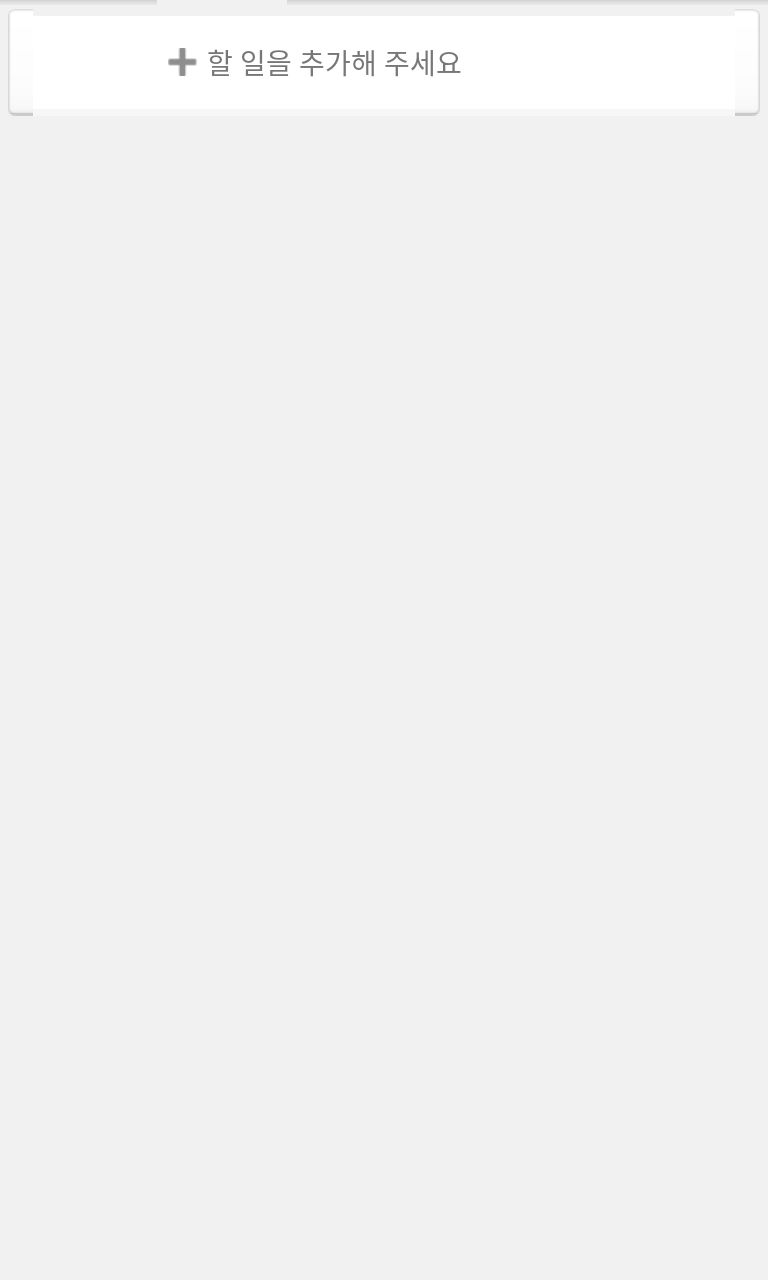
Repository: belhyun/witherest-android
Layout: Witherest/res/layout/fragment_mycheck.xml
These files come from the project's save history. The layout is drawn as it stood at one moment and after the next save; the edit follows.
It is drawn on a 768 x 1280 px phone screen (xhdpi) without system bars, with theme android:Theme.Holo; the app's code is not run. Lists and similar views that code fills are empty.

Above is the layout before, as saved 2013-07-06 10:52:54.

### Witherest/res/layout/fragment_mycheck.xml
<?xml version="1.0" encoding="utf-8"?>
<LinearLayout xmlns:android="http://schemas.android.com/apk/res/android"
    android:layout_width="fill_parent"
    android:layout_height="fill_parent"
    android:background="#f1f1f1"
    android:orientation="vertical" >

    <RelativeLayout
        android:layout_width="fill_parent"
        android:layout_height="wrap_content" >

        <LinearLayout
            android:id="@+id/mycheck_profile_container"
            android:layout_width="wrap_content"
            android:layout_height="wrap_content"
            android:layout_alignParentLeft="true"
            android:background="@drawable/main1_bg"
            android:layout_alignTop="@+id/mycheck_intro_container"
            android:layout_alignBottom="@+id/mycheck_detail_container"
            android:gravity="center"
            android:padding="3dip" >

            <ImageView
                android:id="@+id/mycheck_prifile_image"
                android:layout_width="match_parent"
                android:layout_height="match_parent"
                android:layout_gravity="center" />

        </LinearLayout>

        <LinearLayout
            android:id="@id/mycheck_intro_container"
            android:layout_width="match_parent"
            android:layout_height="wrap_content"
            android:layout_alignParentTop="true"
            android:layout_toRightOf="@id/mycheck_profile_container"
            android:background="@drawable/main2_bg"
            android:gravity="center_vertical"
            android:orientation="vertical"
            android:padding="3dip" >

            <TextView
                android:id="@+id/mycheck_name_textview"
                android:layout_width="wrap_content"
                android:layout_height="wrap_content"
                android:ellipsize="end"
                android:textColor="#51c3b8"
                android:textSize="14sp"
                android:layout_marginLeft ="3dp"
                android:textStyle="bold" />

            <TextView
                android:id="@+id/mycheck_purpose_textview"
                android:layout_width="wrap_content"
                android:layout_height="wrap_content"
                android:ellipsize="end"
                android:textColor="#888888"
                android:layout_marginLeft ="3dp"
                android:textSize="14sp"
                android:layout_marginBottom="3dp"
              />
        </LinearLayout>

        <LinearLayout
            android:id="@id/mycheck_detail_container"
            android:layout_width="fill_parent"
            android:layout_height="wrap_content"
            android:layout_alignLeft="@id/mycheck_intro_container"
            android:layout_below="@id/mycheck_intro_container"
            android:layout_alignBottom="@id/mycheck_profile_container"
            android:orientation="horizontal" >

            <LinearLayout
                android:id="@+id/mycheck_detail_container_1"
                android:layout_width="match_parent"
                android:layout_height="match_parent"
                android:layout_weight="1"
                android:background="@drawable/main3_bg"
                android:gravity="center"
                android:orientation="horizontal"
                android:padding="2dip" >

                <ImageView
                    android:layout_width="wrap_content"
                    android:layout_height="wrap_content"
                    android:layout_marginLeft="8dp"
                    android:src="@drawable/main_checkroom_icon_bg" />

                <TextView
                    android:id="@+id/mycheck_expose_textview"
                    android:layout_width="match_parent"
                    android:layout_height="wrap_content"
                    android:layout_marginLeft="80dp"
                    android:textColor="#999999"
                    android:textSize="14sp" />
            </LinearLayout>

            <LinearLayout
                android:id="@+id/mycheck_detail_container_2"
                android:layout_width="match_parent"
                android:layout_height="match_parent"
                android:layout_weight="1"
                android:background="@drawable/main4_bg"
                android:gravity="center"
                android:padding="2dip"
                android:visibility="gone">

                <ImageView
                    android:layout_width="wrap_content"
                    android:layout_height="wrap_content"
                    android:layout_marginLeft="8dp"
                    android:src="@drawable/main_star_icon_bg" />

                <TextView
                    android:id="@+id/mycheck_star_textview"
                    android:layout_width="match_parent"
                    android:layout_height="wrap_content"
                    android:layout_marginLeft="40dp"
                    android:textColor="#999999"
                    android:textSize="14sp" />
            </LinearLayout>
        </LinearLayout>
    </RelativeLayout>

    <LinearLayout
        android:layout_width="fill_parent"
        android:layout_height="wrap_content"
        android:background="@drawable/common_header_shadow" />

    <Button
        android:id="@+id/make_room_btn"
        android:layout_width="match_parent"
        android:layout_height="wrap_content"
        android:background="@drawable/make_room_btn_on_off"
        android:drawableLeft="@drawable/main_plus_icon_bg"
        android:drawablePadding="5dip"
        android:gravity="center_vertical"
        android:paddingLeft="80dp"
        android:text="@string/make_room"
        android:textColor="#777777"
        android:textSize="14sp"
        android:layout_marginLeft="4dp"
        android:layout_marginRight="4dp"
        android:layout_marginTop="2dp"
        android:layout_marginBottom="2dp"/>

    <ListView
        android:id="@+id/mycheck_checklistview"
        android:layout_width="match_parent"
        android:layout_height="wrap_content"
        android:layout_marginLeft="4dp"
        android:layout_marginRight="4dp"
        android:layout_marginTop="2dp"
        android:layout_weight="1.75"
        android:background="#f1f1f1"
        android:drawSelectorOnTop="false"
        android:cacheColorHint="#00000000"
        android:divider="@color/tranparent"
        android:listSelector="@android:color/transparent"
        android:persistentDrawingCache="animation|scrolling"
        >
    </ListView>

</LinearLayout>

### Witherest/res/drawable/make_room_btn_on_off.xml
<?xml version="1.0" encoding="utf-8"?>
<selector xmlns:android="http://schemas.android.com/apk/res/android" >
    <!-- selected -->
	<item
		android:state_selected="true"
		android:drawable="@drawable/main_plusroom_button_on"/>

	<!-- pressed -->
	<item
		android:state_pressed="true"
		android:drawable="@drawable/main_plusroom_button_on"/>

	<!-- focused -->
	<item
		android:state_focused="true"
		android:drawable="@drawable/main_plusroom_button_on"/>

	<!-- default -->
	<item
		android:drawable="@drawable/main_plusroom_button_off"/>

</selector>

### Witherest/res/values/strings.xml
<?xml version="1.0" encoding="utf-8"?>
<resources>
    <string name="app_name">Witherest</string>
    <string name="hello_world">Hello world!</string>
    <string name="menu_settings">Settings</string>
    <string name="title_activity_main">MainActivity</string>

    <!-- Common String -->
    <string name="common_welcome">다른 사람들과 할 일을 공유 하고 함께 이뤄 가는 공간\n함께 목표를 이루는 공간에 당신을 초대합니다.</string>

    <string name="exception_message">오류가 발생하였습니다.</string>
    <string name="incorrect_networkconnect">잘못된 접근방식입니다.</string>
    <!-- /Common String -->

    <!-- Login String -->
    <string name="login_title">로그인</string>
    <string name="login_message">다른 사람들과 할 일을 공유 하고 함께 이뤄 가는 공간\n함께 목표를 이루는 공간에 당신을 초대합니다.</string>
	<string name="login_id_hint">아이디 (이메일 주소)</string>
	<string name="login_passwd_hint">비밀번호</string>
	<string name="login_btn">로그인</string>

	<string name="login_dialog_message">로그인중 입니다.</string>

		<!-- Error String -->
		<string name="login_insert_id_empty">아이디 (이메일 주소)를 입력 해주세요.</string>
		<string name="login_insert_passwd_empty">비밀번호를 입력 해주세요.</string>
		<string name="login_id_incorrect">등록되지 않은 사용자 입니다.</string>
		<string name="login_passwd_incorrect">비밀번호가 일치하지 않습니다.</string>
		<!-- /Error String -->

	<!-- /Login String -->

	<!-- SignUp String -->
	<string name="signup_title">가입하기</string>
	<string name="signup_nickname_hint">닉네임</string>
	<string name="signup_id_hint">아이디 (이메일 주소)</string>
	<string name="signup_passwd_hint">비밀번호</string>
	<string name="signup_passwdconfirm_hint">비밀번호 확인</string>
	<string name="signup_interestedCategory_hint">관심 카테고리</string>
	<string name="signup_attention">만들기 버튼을 누르면 &lt;font color=#3cc3c6&gt;이용약관&lt;/font&gt; 및 &lt;font color=#3cc3c6&gt;개인 정보&lt;/font&gt;&lt;br /&gt;&lt;font color=#3cc3c6&gt;취급 방침&lt;/font&gt;에 동의하게 됩니다.</string>
	<string name="signup_make_btn">가입하기</string>

	<string name="signup_dialog_message">&lt;small&gt;회원가입  요청중입니다.&lt;/small&gt;&lt;br&gt;&lt;small&gt;잠시만 기다려 주세요.&lt;/small&gt;</string>

		<!-- Error String -->
		<string name="signup_insert_nickname_empty">닉네임을 입력 해주세요.</string>
		<string name="signup_insert_id_empty">아이디 (이메일 주소)를 입력 해주세요.</string>
		<string name="signup_insert_passwd_empty">비밀번호를 입력 해주세요.</string>
		<string name="signup_insert_passwdconfirm_empty">비밀번호 확인을 입력 해주세요.</string>
		<string name="signup_insert_interestedCategory_empty">관심 카테고리를 선택 해주세요.</string>

		<string name="signup_insert_passwd_different">입력된 비밀번호가 일치하지 않습니다.</string>
		<!-- /Error String -->

	<!-- /SignUp String -->
		<string name="title_category">Category</string>
		<string name="profile_title">프로필 수정</string>
		<string name="profile">프로필</string>
		<string name="profile_menu_text">프로필 이미지</string>
		<string name="profile_image_des">이미지를 변경하시려면 눌러주세요</string>
		<string name="profile_nick">닉네임</string>
		<string name="email">이메일</string>
		<string name="purpose">목표 문구</string>
		<string name="mycategory">관심 카테고리</string>
		<string name="settings_title">설정</string>
		<string name="default_info_text">기본 정보</string>
		<string name="version_title">버젼 정보</string>
		<string name="default_version">1.0</string>
		<string name="help_title">도움말</string>
		<string name="suggestion_title">의견 보내기</string>
		<string name="note_title">알림 설정</string>
		<string name="system_title">시스템 설정</string>
		<string name="withdraw_title">탈퇴</string>
		<string name="logout_title">로그 아웃</string>
		<string name="warning_withdraw">Witherest를 탈퇴하시겠습니까?</string>
		<string name="confirm">확인</string>
		<string name="cancel">취소</string>
		<string name="confirm_withdraw">탈퇴 확인</string>
		<string name="notification">알림</string>
		<string name="notificationconfig">알림 수신 설정</string>
		<string name="activity_noti_config_time">방 시간 알림</string>
		<string name="activity_noti_config_time_des">방 알림 시간이 되었을 때 알림을 받습니다.</string>
		<string name="activity_noti_config_manager_register">방장 신규 글 등록 알림</string>
		<string name="activity_noti_config_manager_register_des">방장이 신규글을 등록했을 때 알림을 받습니다.</string>
		<string name="activity_noti_config_register_mine">댓글 알림</string>
		<string name="activity_noti_config_register_mine_des">내가 쓴글에 댓 글이 달렸을 때 알림을 받습니다.</string>
		<string name="activity_noti_company">공지 알림</string>
		<string name="activity_noti_company_des">Witherest의 공지 알림을 받습니다.</string>
		<string name="selectimage">사진 선택</string>
		<string name="activity_profile_input_email_text">이메일을 입력해주세요</string>
		<string name="activity_profile_input_nick_text">닉네임을 입력해주세요</string>
		<string name="activity_profile_input_purpose_text">목표 문구를 입력해주세요</string>
		<string name="activity_profile_input_mycategories_text">관심 카테고리를 선택해주세요</string>
		<string name="activity_profile_input_category_text">관심 항목을 선택해주세요</string>
		<string name="activity_makeroom_room_image_title">방 이미지</string>
		<string name="activity_makeroom_room_name_title">방이름</string>
		<string name="activity_makeroom_purpose_title">할 일 내용</string>
		<string name="activity_makeroom_title">방 만들기</string>
		<string name="activity_makeroom_category_title">카테고리</string>
		<string name="activity_makeroom_period_title">기간</string>
		<string name="activity_makeroom_periodtype_default">매일</string>
		<string name="activity_makeroom_period_default">21일</string>
		<string name="activity_makeroom_periodtype_title">실천 주기</string>
		<string name="activity_mkeroom_periodtype_default">매일</string>
		<string name="activity_makeroom_alarm_title">알림</string>
		<string name="activity_makeroom_alarm_default">매일</string>
		<string name="activity_makeroom_content_hint">입력하시려면 눌러주세요</string>
		<string name="activity_makeroom_alarmtime_title">알림 시간</string>
		<string name="activity_makeroom_public_title">공개 여부</string>
		<string name="activity_makeroom_public_default">공개</string>
		<string name="activity_makeroom_maxmember_title">참여 인원</string>
		<string name="activity_makeroom_maxmember_default">10명</string>
		<string name="dialog_input_roomname_text">방 이름을 입력해주세요</string>
		<string name="dialog_input_purpose_text">할 일 내용을 입력해주세요</string>
		<string name="dialog_input_category_text">카테고리를 선택해주세요</string>
		<string name="dialog_input_period_text">기간을 입력해주세요</string>
		<string name="dialog_input_periodtype_text">실천 주기를 입력해주세요</string>
		<string name="dialog_input_alarm_text">알림을 선택해주세요</string>
		<string name="dialog_input_alarmtime_text">알림 시간을 지정해주세요</string>
		<string name="dialog_input_pulbic_text">공개 여부를 설정해주세요</string>
		<string name="dialog_input_maxmember_text">참여 인원을 설정해주세요</string>
		<string name="request_select_day">요일을 선택해주세요</string>
		<string name="daily">매일</string>
		<string name="yes">예</string>
		<string name="no">아니오</string>
		<string name="publicyes">공개</string>
		<string name="publicno">비공개</string>
		<string name="unit_human">명</string>
		<string name="simple_time">시</string>
		<string name="simple_min">분</string>
		<string name="am">오전</string>
		<string name="pm">오후</string>
		<string name="populate">인기순</string>
		<string name="recent">둥록순</string>
		<string name="agent">android</string>
		<string name="login_dialog_title">로그인 중</string>
		<string name="signup_dialog_title">회원 가입 요청중...</string>
		<string name="server_error">일시적 네트워크 장애입니다.\n다시 시도해주세요.</string>
		<string name="id_duplicated">이미 등록된 아이디입니다</string>
		<string name="join_text">join</string>
		<string name="setting_text">setting</string>
		<string name="leave_text">leave</string>
		<string name="with_text">with</string>
		<string name="board_text">board</string>
		<string name="roomboard_write_hint">소식을 전해주세요 !!</string>
		<string name="write_text">올리기</string>
		<string name="login_guide">로그인 안내</string>
		<string name="login_join_message">로그인 전용 페이지 입니다\n아래의 버튼을 알맞게 눌러주세요</string>
		<string name="login">로그인</string>
		<string name="join">회원 가입</string>
		<string name="logout_dialog_title">로그 아웃중</string>
		<string name="logout_dialog_message">로그 아웃 요청중...</string>
		<string name="wait_title">데이타 수신중</string>
		<string name="wait_message">잠시만 기다려주세요</string>
		<string name="makeroom_title_insert">방 이름을 입력해주세요 </string>
		<string name="makeroom_purpose_insert">할일 내용을 입력해주세요</string>
		<string name="makeroom_category_insert">룸을 생성할 카테고리를 입력해주세요</string>
		<string name="createroom_dialog_title">체크룸 생성</string>
		<string name="createroom_dialog_message">체크룸 생성 요청 중입니다 \n잠시만 기다려 주세요</string>
		<string name="createroom_ok">정상적으로 방이 개설되었습니다</string>
		<string name="room_modify">수정</string>
		<string name="room_withdraw">탈퇴</string>
		<string name="room_join">참여</string>
		<string name="no_manager_notice">현재 방의 공지 사항이 없습니다.</string>
		<string name="no_purpose">현재 자신의 목적문구가 없습니다.</string>
		<string name="you_not_manager">방장만이 공지글을 작성할 수 있습니다</string>
		<string name="write_notice_title">공지 작성</string>
		<string name="confirm_notice">공지글을 작성해 주세요</string>
		<string name="not_user_not_join_alert">글을 올리려면 이 방에 참여한 상태여야 합니다.</string>
		<string name="no_text">글을 작성하지 않았습니다. 글을 작성해 주세요</string>
		<string name="write_reply_title">댓글 작성</string>
		<string name="modifyroom_ok">정상적으로 방이 수정되었습니다</string>
		<string name="not_valid_email">입력하신 ID 는 이메일 형식에 맞지 않습니다\n이메일 형식에 맞게 입력해주세요</string>
		<string name="not_valid_name">이름은 2자 이상이어야 합니다</string>
		<string name="not_valid_password">비밀번호는 4자 이상이어야 합니다</string>
		<string name="banned_modify_email">이메일은 수정하실 수 없습니다</string>
		<string name="modify">수정</string>
		<string name="profile_purpose_hint">자신의 목표 문구를 설정해 주세요</string>
		<string name="profile_category_hint">관심 카테고리를 설정해주세요</string>
		<string name="make_room">할 일을 추가해 주세요</string>
		<string name="no_alarm">알림 시간 없음</string>
		<string name="room_public_ok">공개</string>
		<string name="room_public_not">비공개</string>
		<string name="logout_fail">로그아웃 요청이 실패했습니다\n다시 시도해 주십시오</string>
		<string name="finish_confirm_title">앱 종료 확인</string>
		<string name="finish_confirm_message">앱을 종료하시겠습니까?</string>
		<string name="logout_wait_message">로그아웃 중입니다\n잠시만 기다려 주세요</string>
		<string name="profile_modify_ok">프로필이 정상적으로 수정되었습니다</string>
		<string name="necessary_text">필수 사항</string>
		<string name="option_text">선택 사항</string>
		<string name="wrong_approach">잘못된 접근 경로입니다</string>
		<string name="withdraw_ok">회원 탈퇴가 정상적으로 처리되었습니다</string>
		<string name="member_guide_title">회원 가입 안내</string>
		<string name="member_guide_message">회원 가입을 하시고 이용하실 수 있습니다.\n회원 가입절차는 아주 간단합니다.</string>
		<string name="no_delete_room">자신을 제외하고 방에 인원이 없어야 방 삭제가 가능합니다</string>
		<string name="delete_room_guide_title">방 삭제</string>
		<string name="delete_room_guide_message">정말로 방을 삭제하시겠습니까?</string>
		<string name="room_delete">방 삭제하기</string>
		<string name="join_member">Witherest 가입하기</string>
		<string name="join_member_text">회원이 아니시면 아래를 눌러 가입해주세요</string>

		<string name="pull_to_refresh_pull_label">새로 고침</string>
   		 <string name="pull_to_refresh_release_label">새로 고침</string>
   		 <string name="pull_to_refresh_refreshing_label">로딩중...</string>
 		 <string name="pull_to_refresh_tap_label">새로 고침하려면 탭 해주세요</string>
 		 <string name="progress_initialize">앱 초기화 중입니다</string>
 		 <string name="progress_version">버젼 체크를 진행중입니다</string>
 		 <string name="progress_category">필요한 데이타를 수신중입니다</string>
 		 <string name="progress_gcm">GCM 데이타를 식별중입니다</string>
 		 <string name="progress_autologin">자동 로그인 중입니다</string>
 		 <string name="note_saved">에버노트에 잘 저장이 되었습니다</string>
 		 <string name="error_creating_notestore">에버노트에 노트저장소 생성에 문제가 생겼습니다</string>
 		 <string name="error_saving_note">에버노트에 저장하는데 문제가 생겼습니다</string>
 		 <string name="empty_content_error">에버노트에 저장하기 위해서는 제목과 내용이 필요합니다</string>
 		 <string name="note_title">알림 설정</string>
 		 <string name="evernote_login_ok">에버노트 로그인이 되었습니다</string>
 		 <string name="evernote_login_fail">에버노트 인증에 실패했습니다</string>
 		 <string name="is_saving_evernote">에버노트에 기록중입니다\n잠시만 기다려주세요</string>
 		 <string name="note_message">알림 설정하기</string>
 		 <string name="acount_title">계정 연동</string>
 		 <string name="evernote_message1">에버노트와 연동하기</string>
 		 <string name="activity_setting_evernote_detail1">목표를 수행한 내용 기록하기</string>
 		 <string name="activity_setting_evernote_detail2">목표를 수행한 내용이 \n에버노트에 기록됩니다</string>
 		 <string name="room_time_note">witheset 방 시간 알림</string>
 		 <string name="room_time_note_suffix">의 방 시간 알림입니다.</string>
 		 <string name="dialog_input_public_not_public">공개 여부를 선택해 주세요</string>
 		 <string name="fatal_network_error">네트워크 오류</string>
 		 <string name="fatal_network_error_message">네트워크를 사용할 수 없거나, 오류가 발생했습니다.\n앱이 종료됩니다</string>
 		 <string name="tempo_network_error">일시적 네트워크 장애</string>
 		 <string name="tempo_network_error_message">일시적 네트워크 장애입니다. 재시도 하시겠습니까?</string>
 		 <string name="just">just</string>
 		 <string name="inappropriate_path">잘못된 접근 경로입니다.</string>
 		 <string name="registration_order">등록순</string>
 		 <string name="popular_order">인기도순</string>
 		 <string name="create">만들기</string>
 		 <string name="create_room">할 일 만들기</string>
 		 <string name="modify_room">할 일 수정하기</string>
 		 <string name="delete">삭제</string>
 		 <string name="upgrade">upgrade</string>
 		 <string name="login">로그인</string>
 		 <string name="logout">로그아웃</string>
 		 <string name="create_check_room">체크룸 개설</string>
 		 <string name="search_check_room">체크룸 검색</string>
</resources>

### Witherest/res/values/color.xml
<?xml version="1.0" encoding="utf-8"?>
<resources>
    <color name="tranparent">#00000000</color>

</resources>

After the next save:
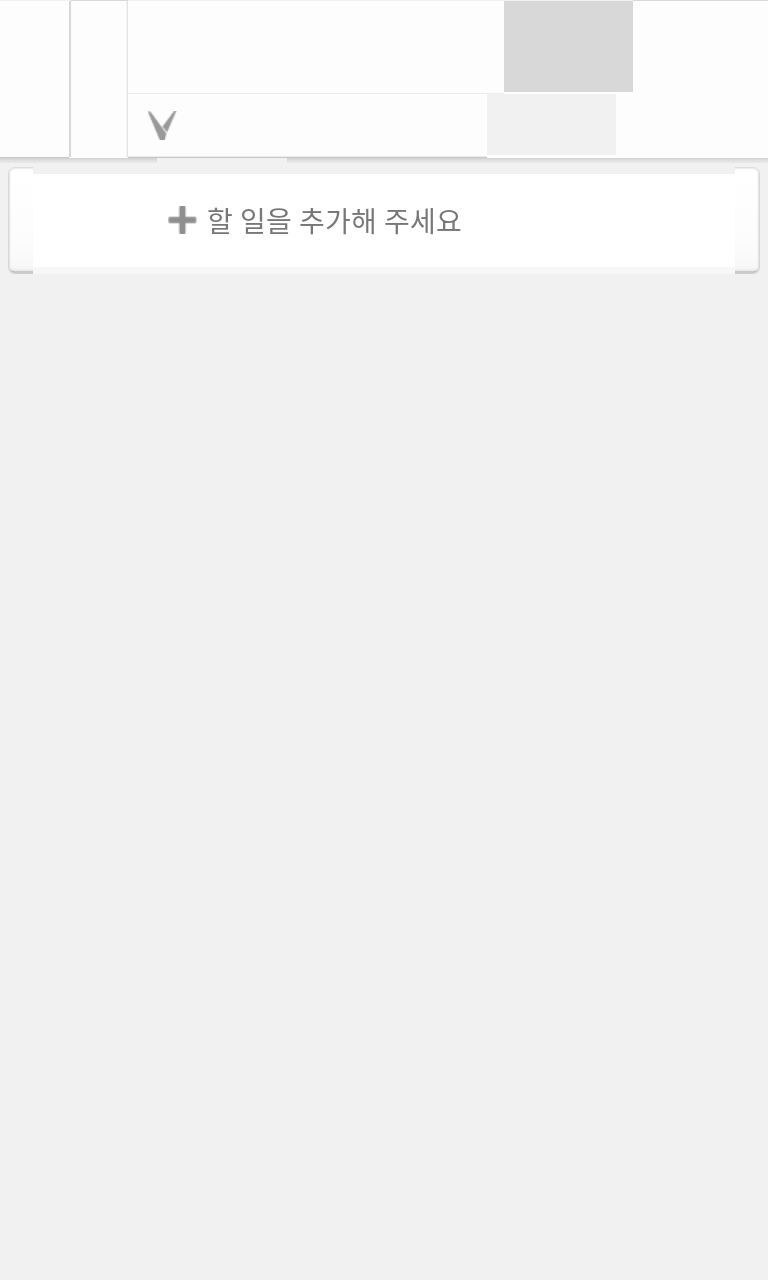
Saved 2 min 20 s later.
--- a/Witherest/res/layout/fragment_mycheck.xml
+++ b/Witherest/res/layout/fragment_mycheck.xml
@@ -13,10 +13,10 @@
             android:id="@+id/mycheck_profile_container"
             android:layout_width="wrap_content"
             android:layout_height="wrap_content"
+            android:layout_alignBottom="@+id/mycheck_detail_container"
             android:layout_alignParentLeft="true"
+            android:layout_alignTop="@+id/mycheck_intro_container"
             android:background="@drawable/main1_bg"
-            android:layout_alignTop="@+id/mycheck_intro_container"
-            android:layout_alignBottom="@+id/mycheck_detail_container"
             android:gravity="center"
             android:padding="3dip" >
 
@@ -25,7 +25,6 @@
                 android:layout_width="match_parent"
                 android:layout_height="match_parent"
                 android:layout_gravity="center" />
-
         </LinearLayout>
 
         <LinearLayout
@@ -43,31 +42,30 @@
                 android:id="@+id/mycheck_name_textview"
                 android:layout_width="wrap_content"
                 android:layout_height="wrap_content"
+                android:layout_marginLeft="3dp"
                 android:ellipsize="end"
                 android:textColor="#51c3b8"
                 android:textSize="14sp"
-                android:layout_marginLeft ="3dp"
                 android:textStyle="bold" />
 
             <TextView
                 android:id="@+id/mycheck_purpose_textview"
                 android:layout_width="wrap_content"
                 android:layout_height="wrap_content"
+                android:layout_marginBottom="3dp"
+                android:layout_marginLeft="3dp"
                 android:ellipsize="end"
                 android:textColor="#888888"
-                android:layout_marginLeft ="3dp"
-                android:textSize="14sp"
-                android:layout_marginBottom="3dp"
-              />
+                android:textSize="14sp" />
         </LinearLayout>
 
         <LinearLayout
             android:id="@id/mycheck_detail_container"
             android:layout_width="fill_parent"
             android:layout_height="wrap_content"
+
             android:layout_alignLeft="@id/mycheck_intro_container"
             android:layout_below="@id/mycheck_intro_container"
-            android:layout_alignBottom="@id/mycheck_profile_container"
             android:orientation="horizontal" >
 
             <LinearLayout
@@ -103,7 +101,7 @@
                 android:background="@drawable/main4_bg"
                 android:gravity="center"
                 android:padding="2dip"
-                android:visibility="gone">
+                android:visibility="gone" >
 
                 <ImageView
                     android:layout_width="wrap_content"
@@ -131,6 +129,10 @@
         android:id="@+id/make_room_btn"
         android:layout_width="match_parent"
         android:layout_height="wrap_content"
+        android:layout_marginBottom="2dp"
+        android:layout_marginLeft="4dp"
+        android:layout_marginRight="4dp"
+        android:layout_marginTop="2dp"
         android:background="@drawable/make_room_btn_on_off"
         android:drawableLeft="@drawable/main_plus_icon_bg"
         android:drawablePadding="5dip"
@@ -138,11 +140,7 @@
         android:paddingLeft="80dp"
         android:text="@string/make_room"
         android:textColor="#777777"
-        android:textSize="14sp"
-        android:layout_marginLeft="4dp"
-        android:layout_marginRight="4dp"
-        android:layout_marginTop="2dp"
-        android:layout_marginBottom="2dp"/>
+        android:textSize="14sp" />
 
     <ListView
         android:id="@+id/mycheck_checklistview"
@@ -153,12 +151,11 @@
         android:layout_marginTop="2dp"
         android:layout_weight="1.75"
         android:background="#f1f1f1"
-        android:drawSelectorOnTop="false"
         android:cacheColorHint="#00000000"
         android:divider="@color/tranparent"
+        android:drawSelectorOnTop="false"
         android:listSelector="@android:color/transparent"
-        android:persistentDrawingCache="animation|scrolling"
-        >
+        android:persistentDrawingCache="animation|scrolling" >
     </ListView>
 
 </LinearLayout>
